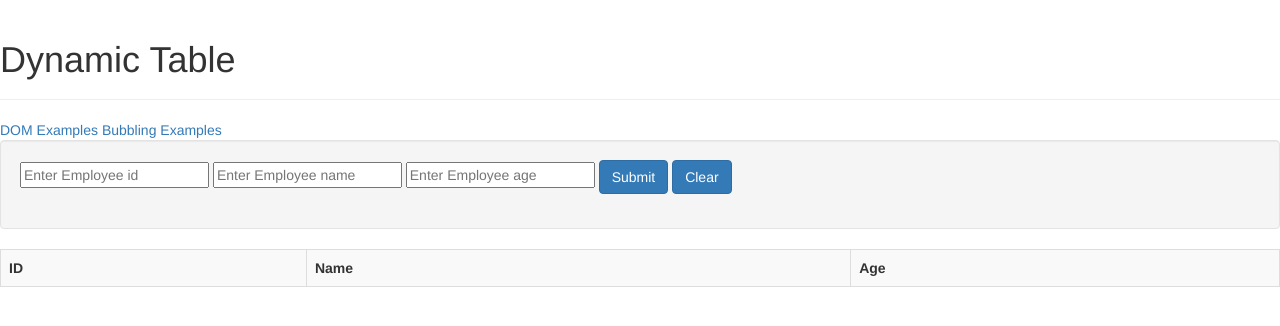
Repository: NathanDPoole/Personal
Page: Training/JavaScriptEx/src/main/webapp/html/dynamicTable.html
An editor plug-in stored every save of this project. The page is shown before and after the next save, followed by the edit.
The browser window is 1280 px wide. The pictures show the whole page.

Above is the page before, as saved 2017-12-29 17:30:27.

### Training/JavaScriptEx/src/main/webapp/html/dynamicTable.html
<!DOCTYPE html>
<html>
<head>
<meta charset="ISO-8859-1">
<title>Dynamic Table</title>
<meta name="viewport" content="width=device-width, initial-scale=1">
<link rel="stylesheet"
      href="https://maxcdn.bootstrapcdn.com/bootstrap/3.3.7/css/bootstrap.min.css"
      integrity="sha384-BVYiiSIFeK1dGmJRAkycuHAHRg32OmUcww7on3RYdg4Va+PmSTsz/K68vbdEjh4u"
      crossorigin="anonymous">
</head>
<body>

	<header>
		<div>
			<div class="page-header"><h1>Dynamic Table</h1></div>
			<a href="DOMExample.html">DOM Examples</a>
			<a href="Bubbling.html">Bubbling Examples</a>

			<div id="formDiv" class="well">
				<form>
				<div class="form-group">
					<input id="eid" type="text" placeholder="Enter Employee id" />
					<input id="name" type="text" placeholder="Enter Employee name" />
					<input id="age" type="text" placeholder="Enter Employee age" />
					<input id="submitBtn" type="button" value="Submit" class="btn btn-primary"/>
					<input id="clearBtn" type="button" value="Clear" class="btn btn-primary"/>
				</div>
				</form>
			</div>
		</div>
	</header>

	<section>
		<div>
			<table class="table table-bordered table-hover table-striped">
				<tbody id="mytable">
					<th>ID</th>
					<th>Name</th>
					<th>Age</th>
				</tbody>
			</table>
		</div>
	</section>

	<script type="text/javascript" src="../js/dynamicTable.js"></script>
</body>
</html>

### Training/JavaScriptEx/src/main/webapp/js/dynamicTable.js
/**
 * To find elements
================
document.getElementById(id)
document.getElementsByTagName(name)
document.getElementsByClassName(name)
document.querySelectorAll - css selectors
To change elements
=====================
element.innerHTML =  new html content
element.attribute = new value
element.setAttribute(attribute, value)
element.style.property = new style
To add and delete elements
============================
document.createElement(element)
document.removeChild(element)
document.appendChild(element)
document.replaceChild(element)
document.write(text)
Properties to navigate between nodes with JavaScript;
==========================================================
parentNode
childNodes[nodenumber]
firstChild
lastChild
nextSibling
previousSibling
 */
//print all properties and methods of an object
/*window.onload = function(){
	var ele = document.getElementById("formDiv");
	for (e in ele){
		console.log(e);
	}
}
 */

//print all properties and methods of an object
/*
window.onload = function (){
	var ele = document.getElementById("formDiv");
	for (e in ele){
		console.log(e);
	}

}
*/

window.onload = function () {
	document.getElementById("submitBtn").addEventListener("click", addRows);
	document.getElementById("clearBtn").addEventListener("click", clearValues);
}

function addRows(){
	var id = document.getElementById("eid").value;
	var name = document.getElementById("name").value;
	var age = document.getElementById("age").value;

	if (id && name && age){
		console.log("they gave some values");
		var row = document.createElement("tr");
		var idcol = document.createElement("td");
		var namecol = document.createElement("td");
		var agecol = document.createElement("td");

		idcol.textContent = id;
		namecol.textContent = name;
		agecol.textContent = age;

		row.appendChild(idcol);
		row.appendChild(namecol);
		row.appendChild(agecol);

		document.getElementById("mytable").appendChild(row);
	} else {
		console.log("no values given");
	}
}

function clearValues(){
	document.getElementById("eid").value = "";
	document.getElementById("name").value = "";
	document.getElementById("age").value = "";


}

After the next save:
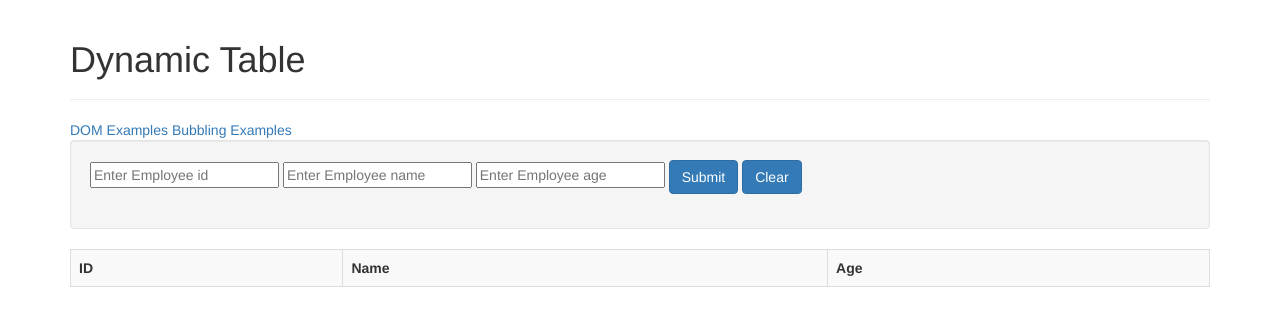
Saved 45 s later.
--- a/Training/JavaScriptEx/src/main/webapp/html/dynamicTable.html
+++ b/Training/JavaScriptEx/src/main/webapp/html/dynamicTable.html
@@ -4,12 +4,13 @@
 <meta charset="ISO-8859-1">
 <title>Dynamic Table</title>
 <meta name="viewport" content="width=device-width, initial-scale=1">
-<link rel="stylesheet"
-      href="https://maxcdn.bootstrapcdn.com/bootstrap/3.3.7/css/bootstrap.min.css"
-      integrity="sha384-BVYiiSIFeK1dGmJRAkycuHAHRg32OmUcww7on3RYdg4Va+PmSTsz/K68vbdEjh4u"
-      crossorigin="anonymous">
+<link
+	href="https://maxcdn.bootstrapcdn.com/bootstrap/3.3.7/css/bootstrap.min.css"
+	rel="stylesheet"
+	integrity="sha384-BVYiiSIFeK1dGmJRAkycuHAHRg32OmUcww7on3RYdg4Va+PmSTsz/K68vbdEjh4u"
+	crossorigin="anonymous">
 </head>
-<body>
+<body class="container">
 
 	<header>
 		<div>
